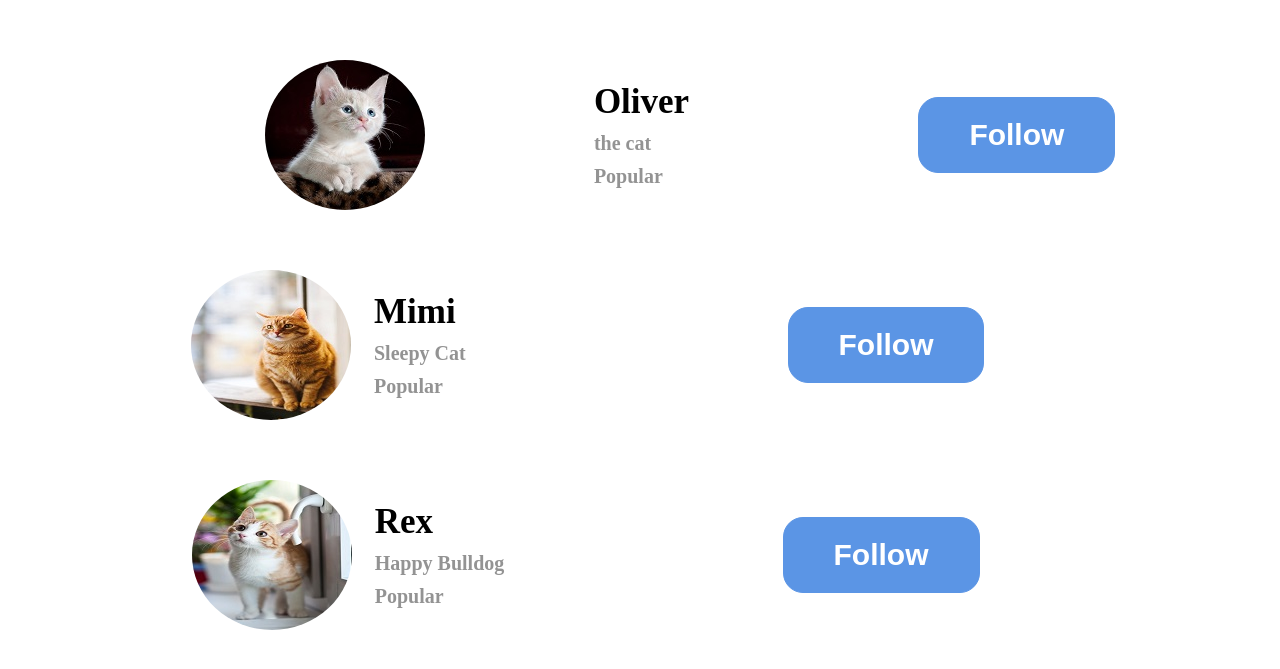
Repository: arifshahriyarnader/css-flexbox
Page: Exercise 4/index.html
The author's editor kept a copy of each file at every save. The page is drawn from the files as they stood at one save, then again after the next save.
The browser window is 1280 px wide. The pictures show the whole page.

Above is the page before, as saved 2024-06-21 11:51:49.

After the next save:
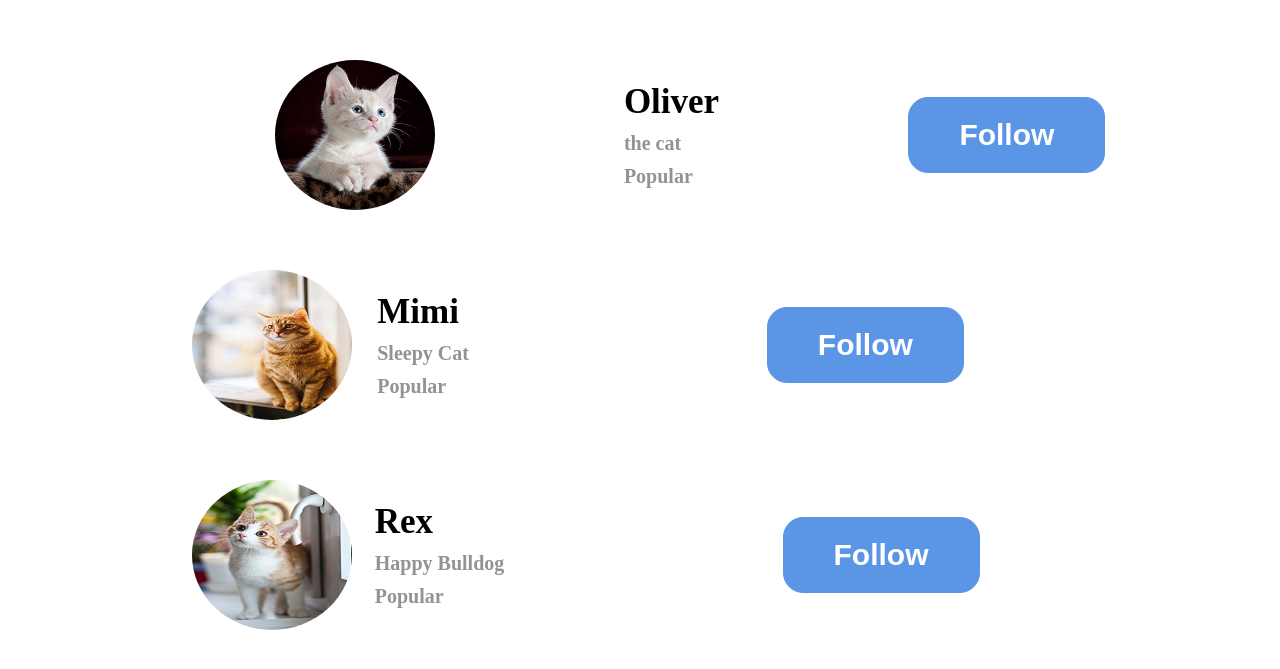
Saved 26 s later.
--- a/Exercise 4/css/style.css
+++ b/Exercise 4/css/style.css
@@ -15,7 +15,6 @@
 }
 .follow_content h3{
     font-size: 35px;
-    margin-right: 60px;
 
 }
 
